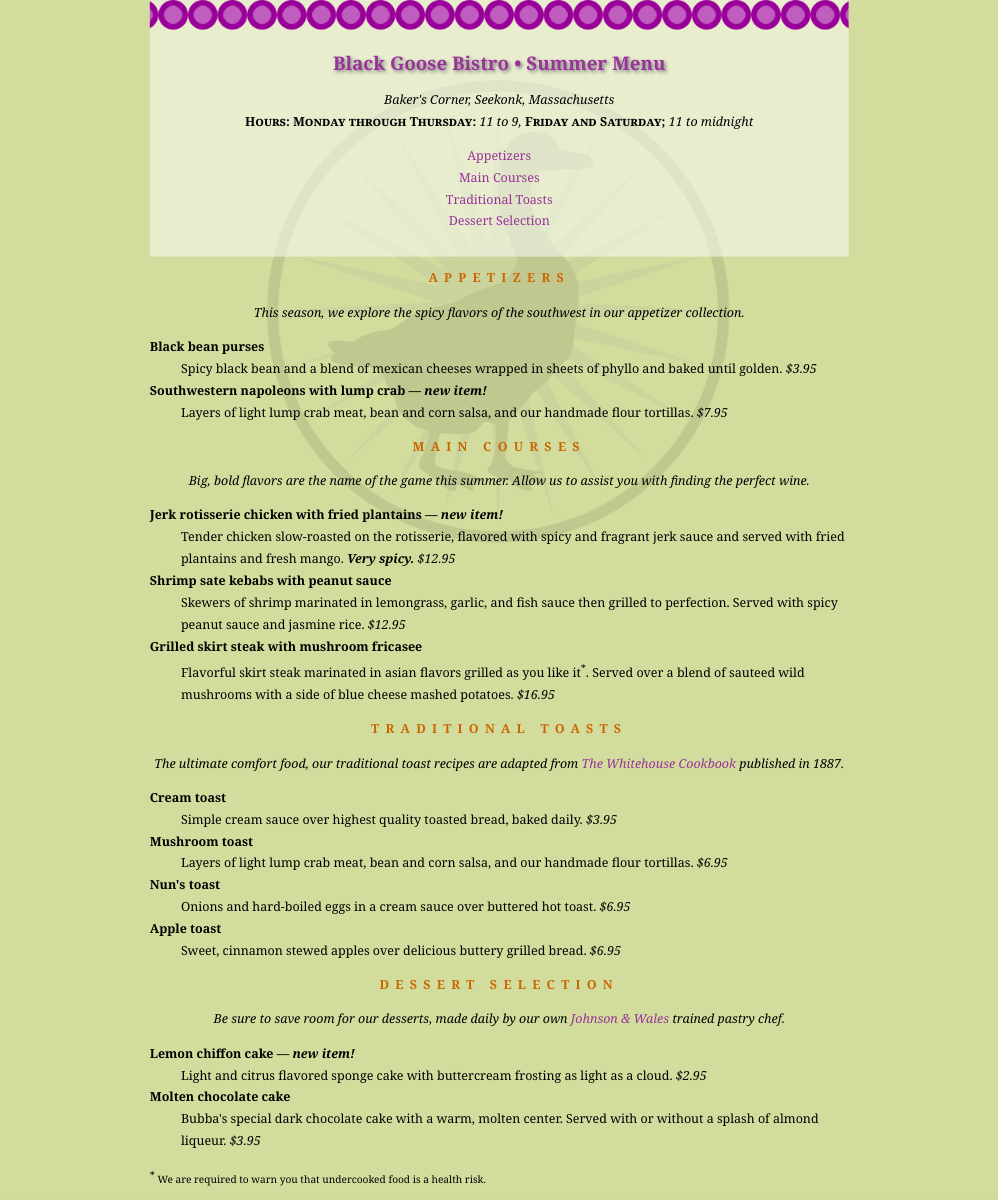
Repository: Lithium87/WebDesign
Page: Bistro/bistro.html
An editor plug-in stored every save of this project. The page is shown before and after the next save, followed by the edit.
The browser window is 1280 px wide. The pictures show the whole page, at 78% of full size.
Backgrounds fixed to the window are drawn as part of the page. Some web fonts or font styles are not loaded; a fallback is used.

Above is the page before, as saved 2020-04-14 14:29:45.

After the next save:
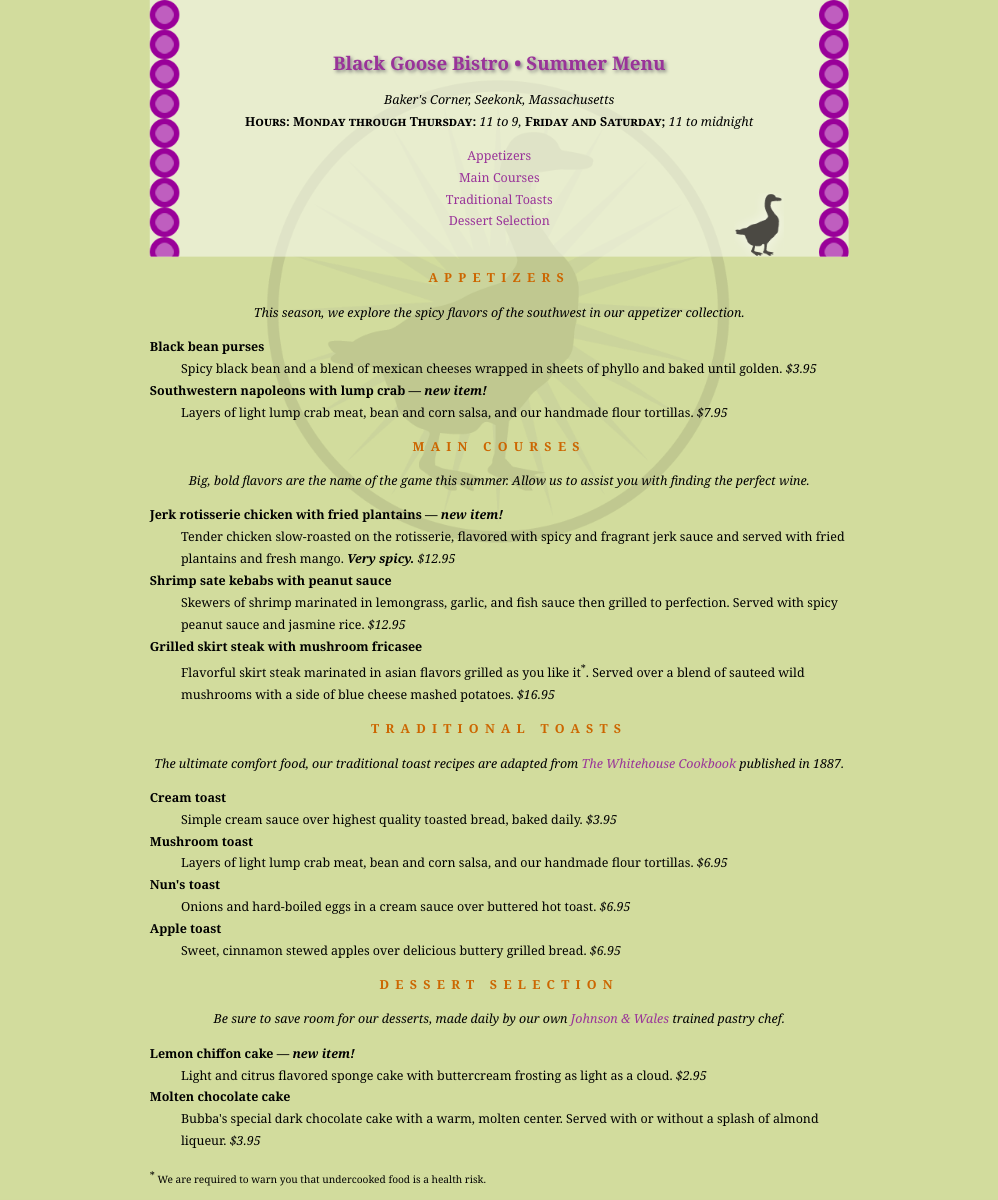
Saved 4 min 17 s later.
--- a/Bistro/bistro.html
+++ b/Bistro/bistro.html
@@ -19,9 +19,9 @@
             padding: 3em 1em 2em 1em;
             text-align: center;
             background-color: rgba(255, 255, 255, 0.5);
-            background-image: url(images/purpledot.png);
-            background-repeat: repeat-x;
-            background-position: center top;
+            background-image: url(images/purpledot.png) center top repeat-x;
+            background: url(images/purpledot.png) left top repeat-y, url(images/purpledot.png) right top repeat-y, url(images/gooseshadow.png) 90% bottom no-repeat;
+            background-color: rgba(255, 255, 255, .5);
         }
 
         a {
